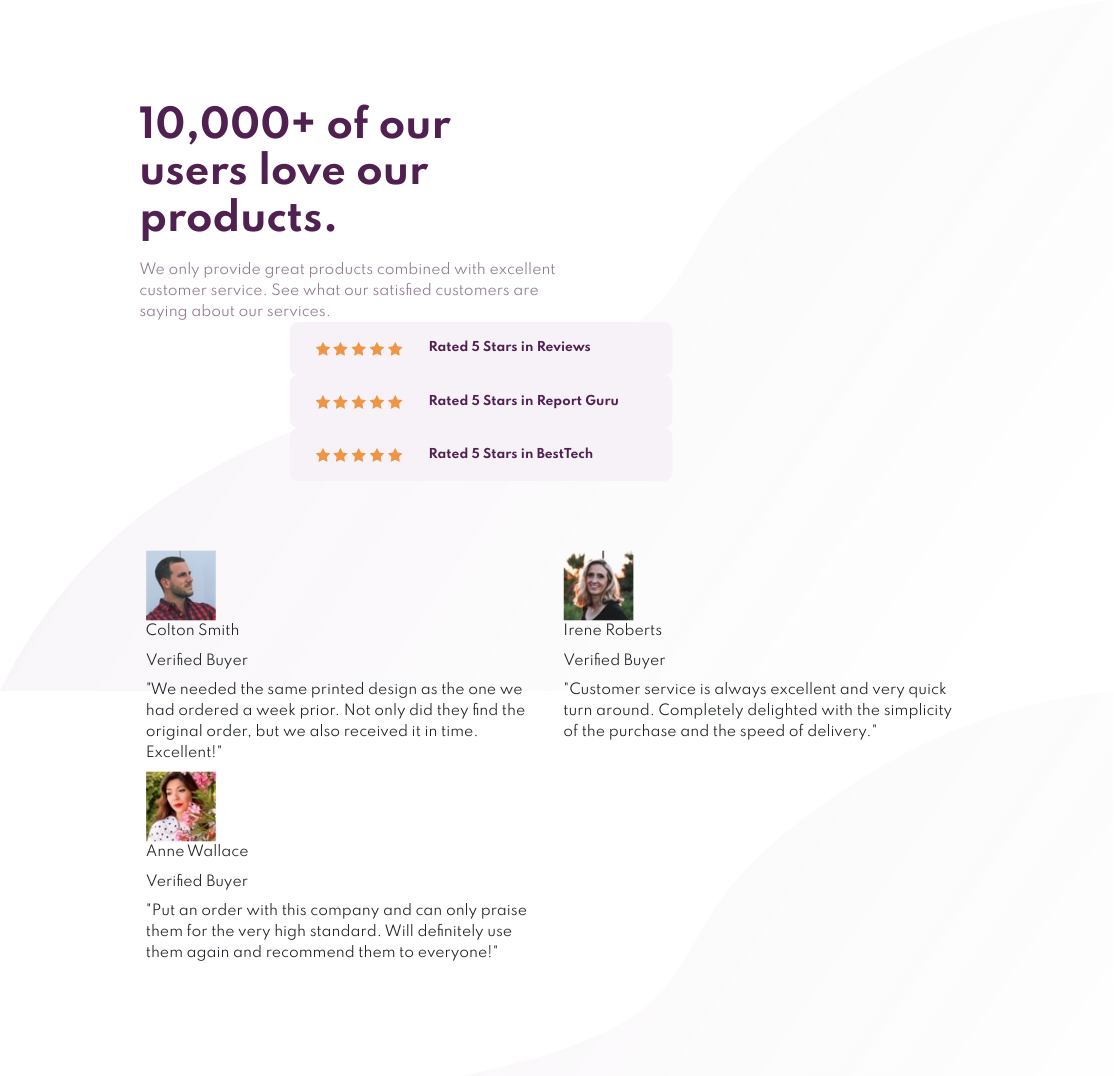
Repository: metehankasapp/social-proof-section-master
Page: index.html
The author's editor kept a copy of each file at every save. The page is drawn from the files as they stood at one save, then again after the next save.
The browser window is 1280 px wide. The pictures show the whole page, at 87% of full size.
Some web libraries are served in a nearby version.

Above is the page before, as saved 2021-12-05 08:25:02.

### index.html
<!DOCTYPE html>
<html lang="en">

<head>
  <meta charset="UTF-8" />
  <meta name="viewport" content="width=device-width, initial-scale=1.0" />


  <title>Frontend Mentor | Social proof section</title>
  <link rel="preconnect" href="https://fonts.googleapis.com">
  <link rel="preconnect" href="https://fonts.gstatic.com" crossorigin>
  <link href="https://fonts.googleapis.com/css2?family=Spartan:wght@100;200;300;400;500;600;700;800;900&display=swap"
    rel="stylesheet">
  <link href="https://cdn.jsdelivr.net/npm/bootstrap@5.1.3/dist/css/bootstrap.min.css" rel="stylesheet"
    integrity="sha384-1BmE4kWBq78iYhFldvKuhfTAU6auU8tT94WrHftjDbrCEXSU1oBoqyl2QvZ6jIW3" crossorigin="anonymous">
  <link rel="stylesheet" href="style.css">
</head>

<body>
  <div class="main-ctr">
    <div class="w-100 row p-0  header-ctr">
      <div class="col-12 col-lg-6 header-area">
        <div class="header-purple">
          <h5>10,000+ of our users love our products.</h5>
        </div>

        <p class="m-0 header-text">
          We only provide great products combined with excellent customer service.
          See what our satisfied customers are saying about our services.
        </p>
      </div>

      <div class="col-12 col-lg-6 second-col d-flex justify-content-between align-items-baseline flex-column">
        <div class="rate-container">
          <div class="stars">
            <img src="images/icon-star.svg" alt="">
            <img src="images/icon-star.svg" alt="">

            <img src="images/icon-star.svg" alt="">
            <img src="images/icon-star.svg" alt="">
            <img src="images/icon-star.svg" alt="">

          </div>
          <p class="m-0">Rated 5 Stars in Reviews</p>
        </div>
        <div class="rate-container">
          <div class="stars">
            <img src="images/icon-star.svg" alt="">
            <img src="images/icon-star.svg" alt="">

            <img src="images/icon-star.svg" alt="">
            <img src="images/icon-star.svg" alt="">
            <img src="images/icon-star.svg" alt="">

          </div>
          <p class="m-0">Rated 5 Stars in Report Guru</p>
        </div>
        <div class="rate-container">
          <div class="stars">
            <img src="images/icon-star.svg" alt="">
            <img src="images/icon-star.svg" alt="">

            <img src="images/icon-star.svg" alt="">
            <img src="images/icon-star.svg" alt="">
            <img src="images/icon-star.svg" alt="">

          </div>
          <p class="m-0">Rated 5 Stars in BestTech</p>
        </div>
      </div>
    </div>

    <div class="w-100 row m-0 p-0 d-flex flex-row justify-content-between align-items-baseline">
      <div class="card-item col-12 col-lg-6">
        <div class="card-headerr">
          <div class="card-img">
            <img src="images/image-colton.jpg" alt="">
          </div>
          <div class="card-text">
            <p class="card-fs">
              Colton Smith

            </p>
            <p class="card-job">
              Verified Buyer
            </p>
          </div>
        </div>
        <div class="card-second">
          <p>
            "We needed the same printed design as the one we had ordered a week prior.
            Not only did they find the original order, but we also received it in time.
            Excellent!"
          </p>
        </div>
      </div>

      <div class="card-item col-12 col-lg-6">
        <div class="card-headerr">
          <div class="card-img">
            <img src="images/image-irene.jpg" alt="">
          </div>
          <div class="card-text">
            <p class="card-fs">
              Irene Roberts

            </p>
            <p class="card-job">
              Verified Buyer
            </p>
          </div>
        </div>
        <div class="card-second">
          <p>
            "Customer service is always excellent and very quick turn around. Completely
            delighted with the simplicity of the purchase and the speed of delivery."
          </p>
        </div>
      </div>

      <div class="card-item col-12 col-lg-6">
        <div class="card-headerr">
          <div class="card-img">
            <img src="images/image-anne.jpg" alt="">
          </div>
          <div class="card-text">
            <p class="card-fs">
              Anne Wallace

            </p>
            <p class="card-job">
              Verified Buyer
            </p>
          </div>
        </div>
        <div class="card-second">
          <p>
            "Put an order with this company and can only praise them for the very high
            standard. Will definitely use them again and recommend them to everyone!"
          </p>
        </div>
      </div>



    </div>
  </div>

  <script src="https://cdn.jsdelivr.net/npm/bootstrap@5.1.3/dist/js/bootstrap.bundle.min.js"
    integrity="sha384-ka7Sk0Gln4gmtz2MlQnikT1wXgYsOg+OMhuP+IlRH9sENBO0LRn5q+8nbTov4+1p" crossorigin="anonymous">
  </script>
  <script src="https://cdn.jsdelivr.net/npm/@popperjs/core@2.10.2/dist/umd/popper.min.js"
    integrity="sha384-7+zCNj/IqJ95wo16oMtfsKbZ9ccEh31eOz1HGyDuCQ6wgnyJNSYdrPa03rtR1zdB" crossorigin="anonymous">
  </script>
  <script src="https://cdn.jsdelivr.net/npm/bootstrap@5.1.3/dist/js/bootstrap.min.js"
    integrity="sha384-QJHtvGhmr9XOIpI6YVutG+2QOK9T+ZnN4kzFN1RtK3zEFEIsxhlmWl5/YESvpZ13" crossorigin="anonymous">
  </script>
</body>

</html>

### style.css
*{
    margin: 0;
    padding: 0;
    box-sizing: border-box;
}


html{
    font-size: 10px;
}

body{
    background-image: url('images/bg-pattern-bottom-desktop.svg');
    background-size: cover;
    height: 100vh;
    font-size: 1.6rem;
    font-family: 'Spartan', sans-serif;
}

.main-ctr{
    padding: 12rem 16rem;
}

.second-col{
    padding-left: 100px;
}
.header-ctr{

    margin-bottom: 8rem;
}

.header-area{
    width: 500px;
}
.header-purple h5{
    font-weight: 700;
    font-size: 44px;
    color: hsl(300, 43%, 22%);
    margin-bottom: 2rem;
}

.header-text{

    font-size: 16px;
    color: hsl(303, 10%, 53%);
}

.rate-container{
    color: hsl(300, 43%, 22%);
    font-weight: 700;
    padding: 2rem 3rem;
    background-color: hsl(300, 24%, 96%);
    font-size: 14px;
    border-radius: 10px;
    width: 440px;
    display: flex;
    justify-content: baseline;
    align-items: baseline;
}

.rate-container:nth-child(2){
    margin-left: 4rem;
}
.rate-container:nth-child(3){
    margin-left: 8rem;
}

.stars {
    margin-right: 3rem;
}

After the next save:
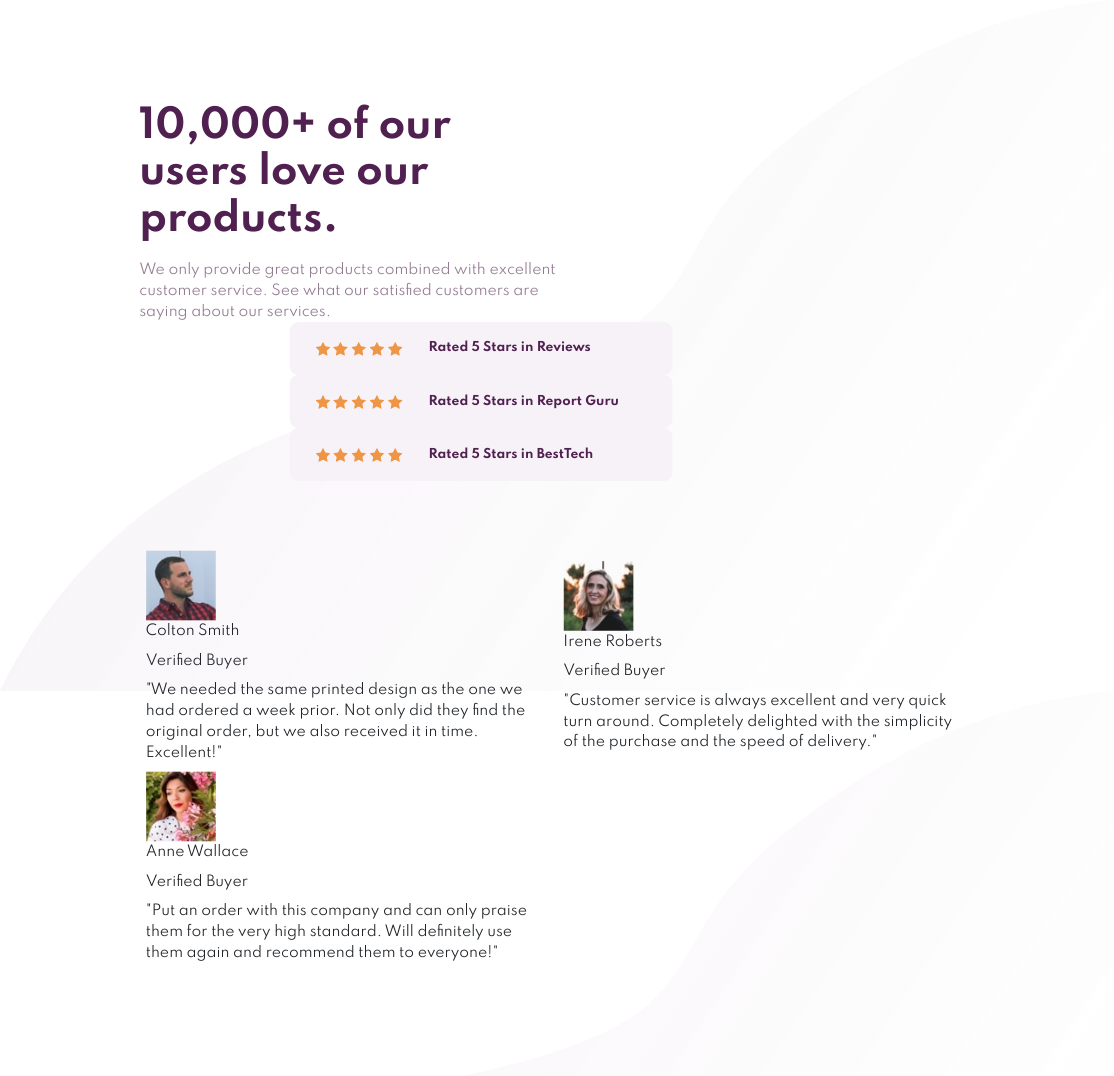
Saved 10 s later.
--- a/index.html
+++ b/index.html
@@ -70,7 +70,7 @@
       </div>
     </div>
 
-    <div class="w-100 row m-0 p-0 d-flex flex-row justify-content-between align-items-baseline">
+    <div class="w-100 row m-0 p-0 d-flex flex-column flex-lg-row justify-content-between align-items-center">
       <div class="card-item col-12 col-lg-6">
         <div class="card-headerr">
           <div class="card-img">
